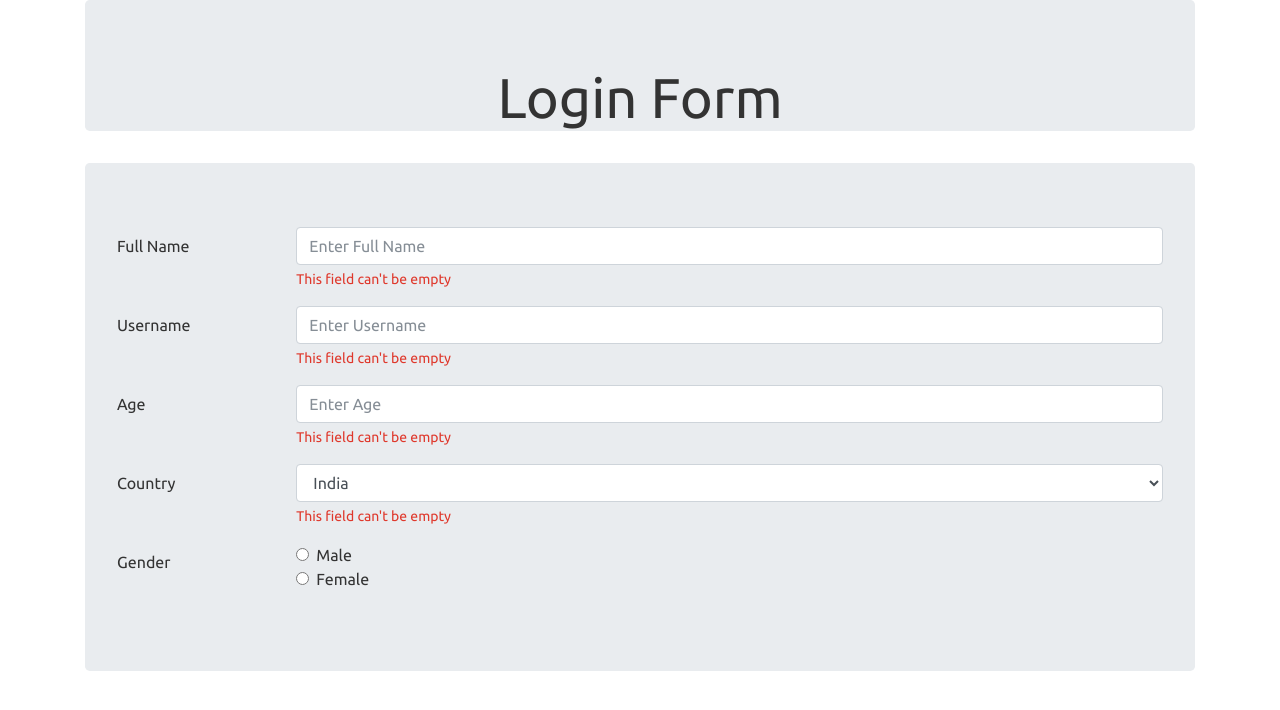
Repository: amar468S/Ng-templateDrivenForm
Page: /
The author's editor kept a copy of each file at every save. The page is drawn from the files as they stood at one save, then again after the next save.
The browser window is 1280 px wide. The pictures show the whole page.
Some web libraries are served in a nearby version. The project was rebuilt for these pictures with package versions that can differ from the ones it lists, and the page was loaded fresh each time. Also part of the build but not shown: angular.json.

Above is the page before, as saved 2019-02-03 15:59:43.

After the next save:
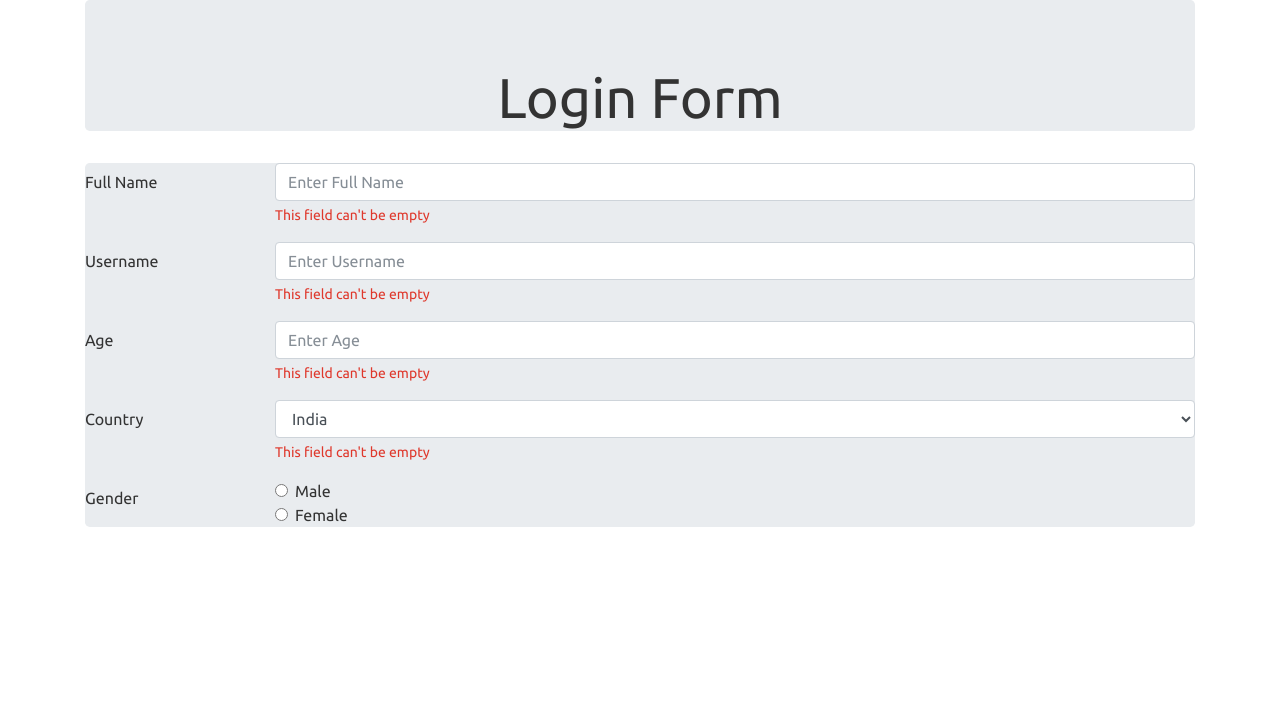
Saved 12 s later.
--- a/src/app/app.component.html
+++ b/src/app/app.component.html
@@ -3,7 +3,7 @@
       <p class="display-4 text-center mb-0">Login Form</p>
     </div>
 
-  <div class="jumbotron">
+  <div class="jumbotron p-0">
   <form>
       <div class="form-group row">
           <label class="col-sm-2 col-form-label">Full Name</label>
